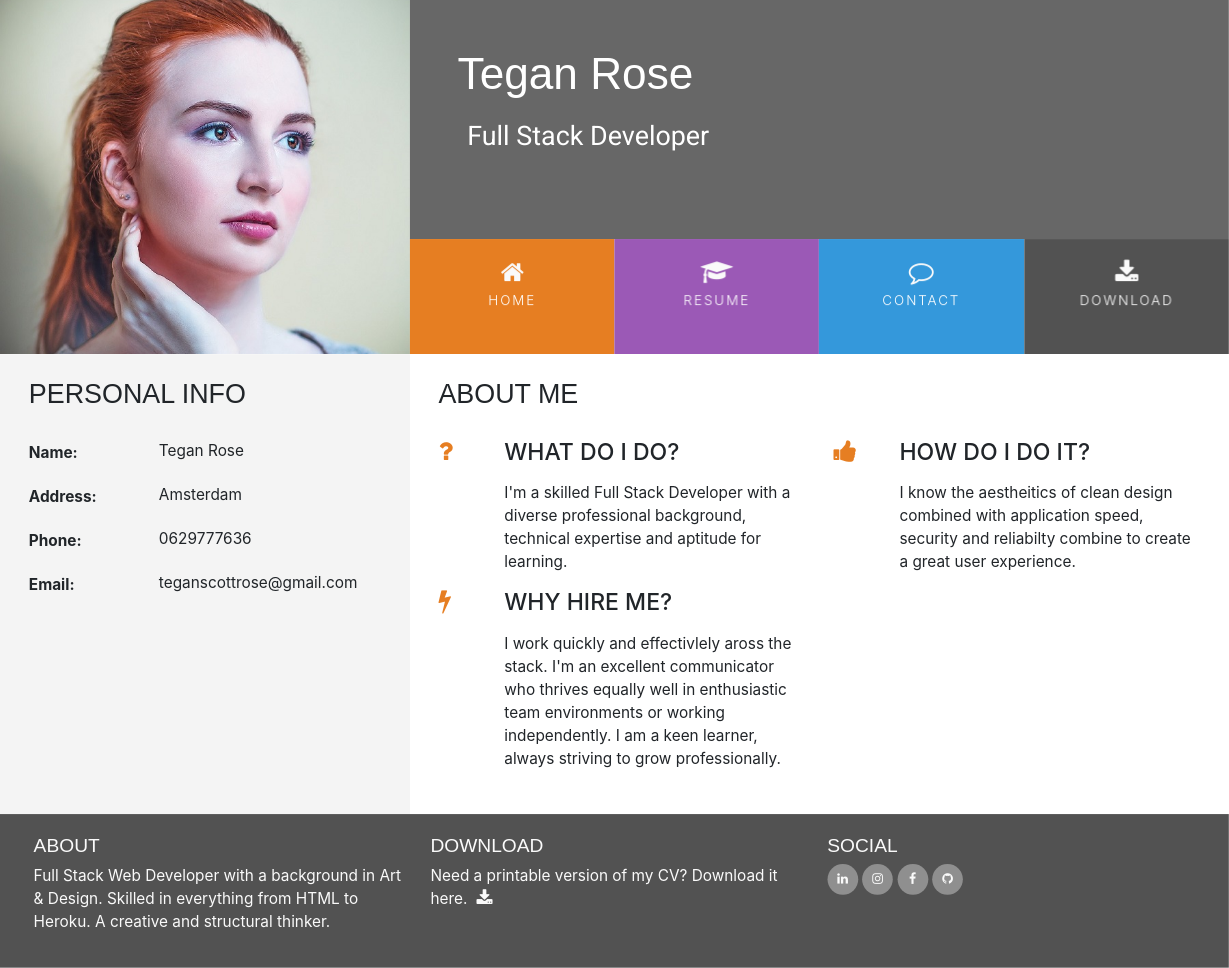
Repository: TSRose/Resume
Page: index.html
The author's editor kept a record of every edit. The page is drawn from the files as they stood at one moment, then again after the next edit.
The browser window is 1280 px wide. The pictures show the whole page, at 96% of full size.

Above is the page before.

### index.html
<!DOCTYPE html>
<html lang="en">

<head>
    <meta charset="UTF-8">
    <meta name="viewport" content="width=device-width, initial-scale=1.0">
    <meta http-equiv="X-UA-Compatible" content="ie=edge">
    <link rel="stylesheet" href="https://stackpath.bootstrapcdn.com/bootstrap/4.3.1/css/bootstrap.min.css" type="text/css" />
    <link rel="stylesheet" href="https://stackpath.bootstrapcdn.com/font-awesome/4.7.0/css/font-awesome.min.css" type="text/css" />
    <link rel="stylesheet" href="assets/css/style.css" type="text/css" />
    <link rel="stylesheet" href="https://cdnjs.cloudflare.com/ajax/libs/hover.css/2.3.1/css/hover-min.css" type="text/css" />
    <title>Tegan Rose</title>
</head>

<body>
    <header>
        <div class="row no-gutters">
            <a href="index.html" class="col-md-4 logo">

            </a>
            <div class="col-md-8">
                <div class="row no-gutters bg-color-name-title">
                    <div class="col">
                        <h1 class="name">Tegan Rose</h1>
                        <h2 class="title"> Full Stack Developer</h2>
                    </div>
                </div>
                <div class="row no-gutters">
                    <div class="col">
                        <ul id="nav" class="list-inline menucontainer">
                            <li class="col-6 col-sm-3 ui-menu-color-home list-inline-item menuitem">
                                <a href="#" class="hvr-sweep-to-bottom"><i class="fa fa-home" aria-hidden="true"></i><span>Home</span></a>
                            </li>
                            <li class="col-6 col-sm-3 ui-menu-color-resume list-inline-item menuitem">
                                <a href="#" class="hvr-sweep-to-bottom"><i class="fa fa-graduation-cap" aria-hidden="true"></i><span>Resume</span></a>
                            </li>
                            <li class="col-6 col-sm-3 ui-menu-color-contact list-inline-item menuitem">
                                <a href="#" class="hvr-sweep-to-bottom"><i class="fa fa-comment-o" aria-hidden="true"></i><span>Contact</span></a>
                            </li>
                            <li class="col-6 col-sm-3 ui-menu-color-download list-inline-item menuitem">
                                <a href="#" class="hvr-sweep-to-bottom"><i class="fa fa-download" aria-hidden="true"></i><span>Download</span></a>
                            </li>
                        </ul>
                    </div>
                </div>
            </div>
        </div>
    </header>
    <section class="container-fluid">
        <div class="row">
            <div class="col-md-4 bg-color-personal-info section-column">
                <div class="row">
                    <div class="col-12">
                        <h3 class="section-heading uppercase">
                            Personal Info
                        </h3>
                    </div>
                </div>
                <div class="personal-info-item">
                    <div class="key">
                        <p ="uppercase">
                            Name:
                        </p>
                    </div>
                    <div class="value">
                        <p>
                            Tegan Rose
                        </p>
                    </div>
                </div>
                 <div class="personal-info-item">
                    <div class="key">
                        <p ="uppercase">
                            Address:
                        </p>
                    </div>
                    <div class="value">
                        <p>
                            Amsterdam
                        </p>
                    </div>
                </div> <div class="personal-info-item">
                    <div class="key">
                        <p ="uppercase">
                            Phone:
                        </p>
                    </div>
                    <div class="value">
                        <p>
                            0629777636
                        </p>
                    </div>
                </div>
                 <div class="personal-info-item">
                    <div class="key">
                        <p ="uppercase">
                            Email:
                        </p>
                    </div>
                    <div class="value">
                        <p>
                            teganscottrose@gmail.com
                        </p>
                    </div>
                </div>
            </div>
            <div class="col-md-8 bg-color-three-reasons section-column">
                <div class="row">
                    <div class="col">
                        <h3 class="section-heading uppercase">About Me</h3>
                    </div>
                </div>
                <div class="row">
                    <div class="col-10 offset-1 offset-sm-0 col-sm-4 col-md-6">
                        <div class="row">
                            <div class="col-2">
                                <i class="three-reasons-icon fa fa-question" aria-hidden="true"></i>
                            </div>
                            <div class="col-10">
                                <h4 class="three-reasons-heading uppercase">What do I do?</h4>
                                <p>I'm a skilled Full Stack Developer with a diverse professional background, technical expertise and aptitude for learning.</p>
                            </div>
                        </div>
                    </div>
                    <div class="col-10 offset-1 offset-sm-0 col-sm-4 col-md-6">
                        <div class="row">
                            <div class="col-2">
                                <i class="three-reasons-icon fa fa-thumbs-up" aria-hidden="true"></i>
                            </div>
                            <div class="col-10">
                                <h4 class="three-reasons-heading uppercase">How do I do it?</h4>
                                <p>I know the aestheitics of clean design combined with application
                                speed, security and reliabilty combine to create a great user experience.</p>
                            </div>
                        </div>
                    </div>
                    <div class="col-10 offset-1 offset-sm-0 col-sm-4 col-md-6">
                        <div class="row">
                            <div class="col-2">
                                <i class="three-reasons-icon fa fa-bolt" aria-hidden="true"></i>
                            </div>
                            <div class="col-10">
                                <h4 class="three-reasons-heading uppercase">Why hire me?</h4>
                                <p></p>I work quickly and effectivlely aross the stack. I'm an
                                excellent communicator who thrives equally well in enthusiastic team
                                environments or working independently. I am a keen learner, always
                                striving to grow professionally.
                                </p>
                            </div>
                        </div>
                    </div>
                </div>
            </div>
        </div>

    </section>
    <footer class="container-fluid">
        <div id="footer-details" class="row">
            <div class="col-sm-4">
                <h5 class="uppercase general-sub">About</h5>
                <p class="inline-block">
                    Full Stack Web Developer with a background in Art & Design. Skilled in everything from HTML to Heroku. A creative and structural thinker.
                </p>
            </div>
            <div class="col-sm-4">
                <h5 class="uppercase general-sub">Download</h5>
                <p class="inline-block">
                    Need a printable version of my CV? Download it here.
                    <a href="#" target="_blank" class="cv-pdf">
                        <i class="fa fa-download" aria-hidden="true"></i>
                        <span class="sr-only">Download link.</span>
                    </a>
                </p>
            </div>
            <div class="col-sm-4">
                <h5 class="uppercase general-sub">Social</h5>
                <ul class="list-inline social-links">
                    <li class="list-inline-item">
                        <a target="_blank" href="#">
                        <i class="fa fa-linkedin" aria-hidden="true"></i>
                        <span class="sr-only">LinkedIn</span>
                        </a>
                    </li>
                     <li class="list-inline-item">
                        <a target="_blank" href="#">
                        <i class="fa fa-instagram" aria-hidden="true"></i>
                        <span class="sr-only">Instagram</span>
                        </a>
                    </li>
                    <li class="list-inline-item">
                        <a target="_blank" href="#">
                        <i class="fa fa-facebook" aria-hidden="true"></i>
                        <span class="sr-only">Facebook</span>
                        </a>
                    </li>
                    <li class="list-inline-item">
                        <a target="_blank" href="#">
                        <i class="fa fa-github" aria-hidden="true"></i>
                        <span class="sr-only">GitHub</span>
                        </a>
                    </li>

                </ul>
            </div>
        </div>
    </footer>
</body>

</html>

### assets/css/style.css
@import url('https://fonts.googleapis.com/css?family=Roboto&display=swap:100,200,300,400,500,600,700 | Exo:100,200,300,400,500,600,700');

/*------------------------------------Colours */

.bg-color-name-title {
    background-color: #676767;
}

.bg-color-three-reasons {
    background-color: #fff;
}

.ui-menu-color-home {
    background-color: #e67e22;
}

.ui-menu-color-resume {
    background-color: #9b59b6;
}

.ui-menu-color-contact {
    background-color: #3498db;
}

.ui-menu-color-download {
    background-color: #525252;
}

.bg-color-personal-info {
    background-color: #f4f4f4
}

.bg-color-work-history {
    background-color: #9b59b6;
}

.bg-color-contact {
    background-color: #fff;
}

/*------------------------------------Special paddings/margins/text */

h1,
h2,
h3,
h4 {
    margin: 0;
}

.uppercase {
    text-transform: uppercase;
}

.general-sub {
    font-family: "Exo", sans-serif;
    font-weight: 300;
    color: #fafafa;
}

.inline-block {
    display: inline-block;
}

.row-table {
    display: table;
}

.section-column {
    display: table-cell;
    padding: 0 30px 30px;
    float: none;
}

.history-heading,
.section-heading {
    font-family: "Exo", sans-serif;
    font-weight: 300;
    margin-top: 25px;
    margin-bottom: 30px;
}

/*------------------------------------Headings */

header {
    margin: 0;
}

.heading {
    margin-left: 50px;
}

.logo {
    background: url("../images/logo.jpg");
    background-position: center;
    background-repeat: no-repeat;
    background-size: cover;
    min-height: 360px;
    transition: all .5s ease-in-out;
    -moz-transition: all .5s ease-in-out;
    -webkit-transition: all .5s ease-in-out;
}

.name {
    font-family: "Exo", sans-serif;
    font-weight: 100;
    font-size: 46px;
    margin-top: 50px;
    margin-left: 50px;
    color: #fff;
}

.title {
    font-family: "Roboto", sans-serif;
    font-weight: 200;
    font-size: 28px;
    margin-top: 20px;
    margin-bottom: 90px;
    margin-left: 60px;
    color: #fff;
}

.list-inline-item:not(:last-child) {
    margin: 0;
}

.menucontainer {
    font-size: 0;
}

#nav {
    margin: 0;
}

#nav li {
    font-size: 14px;
    padding: 0;
}

.menuitem {
    height: 120px;
    text-align: center;
    padding: 0;
}

.menuitem a {
    width: 100%;
    text-decoration: 0;
    color: #fff;
    height: 120px;
}

.menuitem a i {
    padding-top: 22px;
    display: block;
    color: #fafafa;
    font-size: 26px;
}

.menuitem span {
    display: block;
    width: 100%;
    padding-top: 5px;
    text-align: center;
    text-transform: uppercase;
    font-size: 14px;
    font-weight: 300;
    letter-spacing: 2px;
}

/*------------------------------------Hover.css */

.hvr-sweep-to-bottom:before {
    background-color: rgba(0, 0, 0, 0.2) !important;
    height: 120px;
}

/*------------------------------------Footer */

footer {
    background-color: #525252;
    color: #fafafa;
    min-height: 120px;
    margin: 0;
}

.cv-pdf i {
    font-size: 18px;
    color: #fafafa;
    text-align: center;
    padding-left: 5px;
    transition: all 0.35s ease-in-out;
    -moz-transition: all 0.35s ease-in-out;
    -webkit-transition: all 0.35s ease-in-out;
    -o-transition: all 0.35s ease-in-out;
}

.cv-pdf i:hover {
    color: #e84610;
}

.social-links {
    padding-bottom: 15px;
}

.social-links li a i {
    width: 32px;
    height: 32px;
    padding: 12px 0;
    border-radius: 50%;
    font-size: 13px;
    line-height: 7px;
    text-align: center;
    color: #fafafa;
    background: #8f8f8f;
    transition: all 0.35s ease-in-out;
    -moz-transition: all 0.35s ease-in-out;
    -webkit-transition: all 0.35s ease-in-out;
    -o-transition: all 0.35s ease-in-out;
}

.social-links li a i:hover {
    background: #e84610;
}

#footer-details {
    padding: 20px;
}


/*------------------------------------Three Reasons */

.three-reasons-icon {
    font-size: 26px;
    color: #e67e22;
}

.three-reasons-heading {
    margin-bottom: 15px;
}


/*------------------------------------Personal Info */

.personal-info-item {
    margin-bottom: 20px;
    display: block;
    clear: both;
}

.personal-info-item .key,
.personal-info-item .value {
    padding-right: 8px;
    display: inline-block;
}

.personal-info-item .key p,
.personal-info-item .value p {
    margin: 0;
}

.personal-info-item .key {
    width: 30%;
    margin-right: 21px;
    padding-top: 2px;
    vertical-align: top;
}

.personal-info-item .key p {
    font-weight: 700;
}

.personal-info-item .value {
    position: relative;
    width: 60%;
}

/*------------------------------------Skills */

.progress {
    position: relative;
    height: 25px;
    margin-bottom: 4px;
}

.progress-type {
    position: absolute;
    left: 0px;
    font-weight: 500;
    padding: 3px 30px 2px 10px;
    color: #fafafa;
}

.progress-section {
    margin: 40px 20px;
}

/*------------------------------------Work History */

.history-heading {
    color: #fafafa;
    margin-bottom: 15px;
}

.timeline-item {
    padding: 2em 2em 1em 2em;
    position: relative;
    color: #fafafa;
    border-left: 1px solid;
}

.timeline-item p {
    padding: 0;
    margin: 0;
}

.timeline-item:before {
    content: attr(data-dates);
    position: absolute;
    left: 2.5em;
    top: 1em;
    display: block;
    font-family: "Exo", sans-serif;
    font-weight: 500;
    font-size: 0.8em;
    padding: 0;
    margin: 0;
}

.timeline-item:after {
    width: 12px;
    height: 12px;
    display: block;
    top: 1em;
    position: absolute;
    left: -6px;
    border-radius: 12px;
    content: '';
    background: #fafafa;
}

.history-items {
    margin-top: .5em;
    margin-bottom: 30px;
}

/*------------------------------------Contact Form */

.contact-heading {
    font-family: "Exo", sans-serif;
    font-weight: 300;
    margin-top: 25px;
    margin-bottom: 20px;
}

.center-form {
    padding-top: 10px;
    margin: 0 auto;
    max-width: 70%;
}

button[type="submit"] {
    margin-top: 15px;
    margin-bottom: 20px;
    color: #fafafa;
    background-color: #3498db;
}

/*------------------------------------media Queries */

@media(min-width: 992px) {
    .center-form {
        padding-top: 30px;
        min-height: 240px;
        margin: 0 auto;
        max-width: 50%;
    }
}

After the next edit:
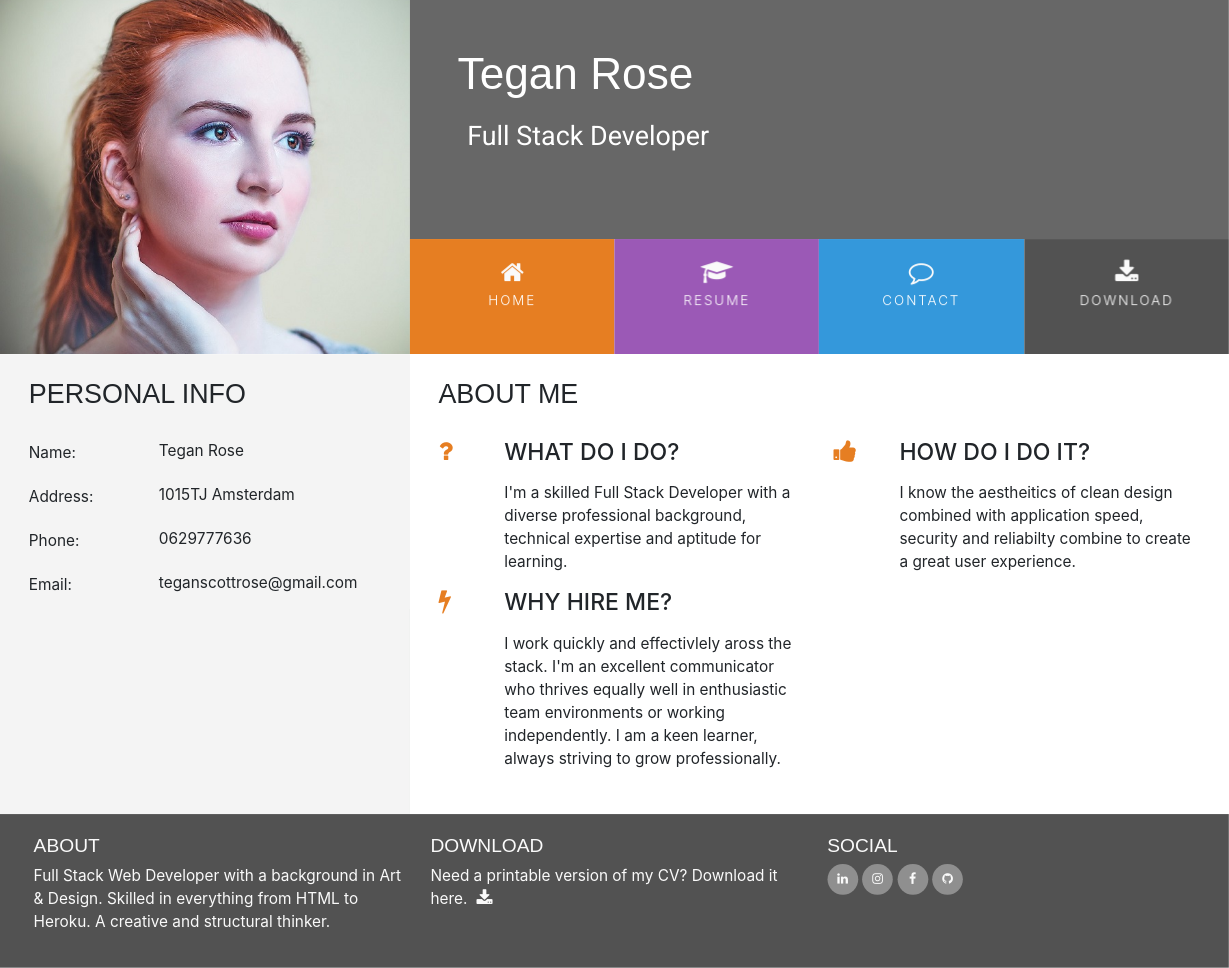
The edit:
--- a/index.html
+++ b/index.html
@@ -58,9 +58,9 @@
                 </div>
                 <div class="personal-info-item">
                     <div class="key">
-                        <p ="uppercase">
+                        <p="uppercase">
                             Name:
-                        </p>
+                            </p>
                     </div>
                     <div class="value">
                         <p>
@@ -68,22 +68,23 @@
                         </p>
                     </div>
                 </div>
-                 <div class="personal-info-item">
-                    <div class="key">
-                        <p ="uppercase">
+                <div class="personal-info-item">
+                    <div class="key">
+                        <p="uppercase">
                             Address:
-                        </p>
-                    </div>
-                    <div class="value">
-                        <p>
-                            Amsterdam
-                        </p>
-                    </div>
-                </div> <div class="personal-info-item">
-                    <div class="key">
-                        <p ="uppercase">
+                            </p>
+                    </div>
+                    <div class="value">
+                        <p>
+                            1015TJ Amsterdam
+                        </p>
+                    </div>
+                </div>
+                <div class="personal-info-item">
+                    <div class="key">
+                        <p="uppercase">
                             Phone:
-                        </p>
+                            </p>
                     </div>
                     <div class="value">
                         <p>
@@ -91,11 +92,11 @@
                         </p>
                     </div>
                 </div>
-                 <div class="personal-info-item">
-                    <div class="key">
-                        <p ="uppercase">
+                <div class="personal-info-item">
+                    <div class="key">
+                        <p="uppercase">
                             Email:
-                        </p>
+                            </p>
                     </div>
                     <div class="value">
                         <p>
@@ -129,8 +130,7 @@
                             </div>
                             <div class="col-10">
                                 <h4 class="three-reasons-heading uppercase">How do I do it?</h4>
-                                <p>I know the aestheitics of clean design combined with application
-                                speed, security and reliabilty combine to create a great user experience.</p>
+                                <p>I know the aestheitics of clean design combined with application speed, security and reliabilty combine to create a great user experience.</p>
                             </div>
                         </div>
                     </div>
@@ -141,10 +141,7 @@
                             </div>
                             <div class="col-10">
                                 <h4 class="three-reasons-heading uppercase">Why hire me?</h4>
-                                <p></p>I work quickly and effectivlely aross the stack. I'm an
-                                excellent communicator who thrives equally well in enthusiastic team
-                                environments or working independently. I am a keen learner, always
-                                striving to grow professionally.
+                                <p></p>I work quickly and effectivlely aross the stack. I'm an excellent communicator who thrives equally well in enthusiastic team environments or working independently. I am a keen learner, always striving to grow professionally.
                                 </p>
                             </div>
                         </div>
@@ -181,7 +178,7 @@
                         <span class="sr-only">LinkedIn</span>
                         </a>
                     </li>
-                     <li class="list-inline-item">
+                    <li class="list-inline-item">
                         <a target="_blank" href="#">
                         <i class="fa fa-instagram" aria-hidden="true"></i>
                         <span class="sr-only">Instagram</span>
